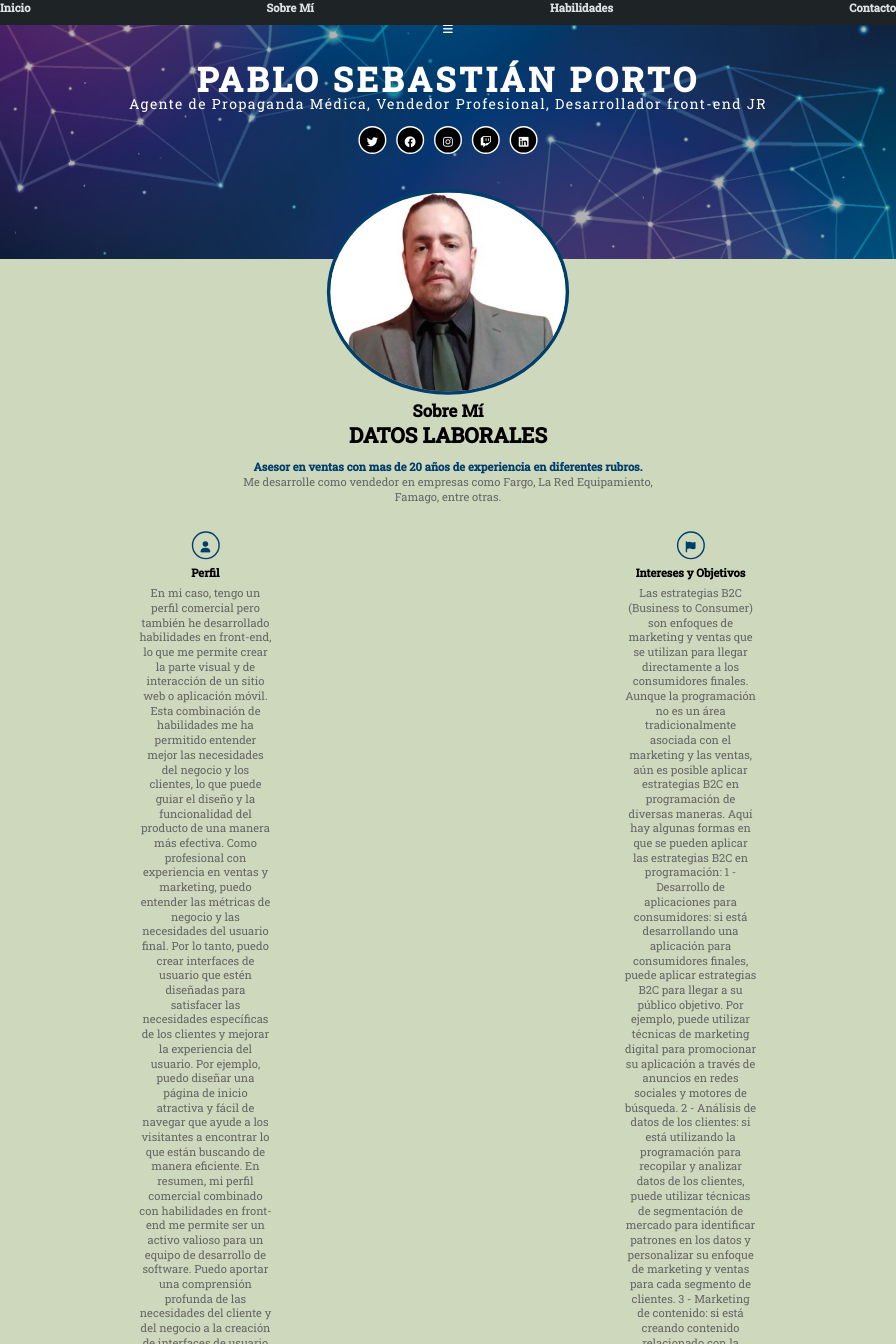
Repository: PabloSebastianPorto/Entrega-CV-1-ARG-PROG
Page: CVFINAL/CVfinal.HTML
These files come from the project's save history. The page is drawn as it stood at one moment and after the next save; the edit follows.
The browser window is 1280 px wide. The pictures show the part of the page from y = 0 to 1920 px (the page is 2947 px tall), at 70% of full size.
Some web libraries are served in a nearby version.

Above is the page before, as saved 2023-02-27 22:31:26.

After the next save:
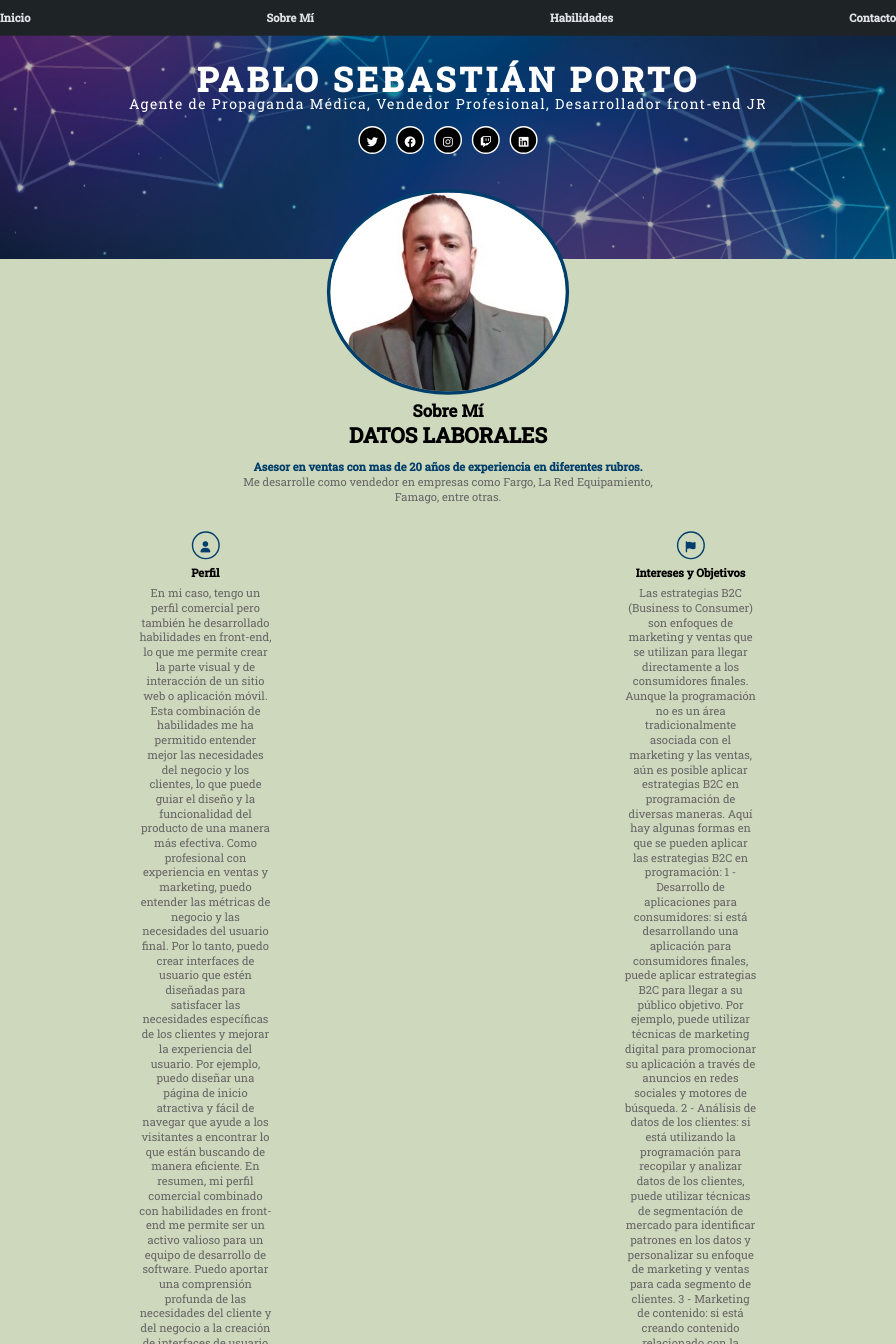
Saved 50 s later.
--- a/CVFINAL/CVfinal.css
+++ b/CVFINAL/CVfinal.css
@@ -41,10 +41,11 @@ html {
   justify-content: space-between;
 }
 .inicio .contenido-seccion header nav a {
-  display: outside;
+  display: block;
   color: #dee1e6;
   text-decoration: none;
   margin-bottom: 15px;
+  margin-top: 15px;
   font-weight: bold;
 }
 .inicio .contenido-seccion header .nav-bar {
